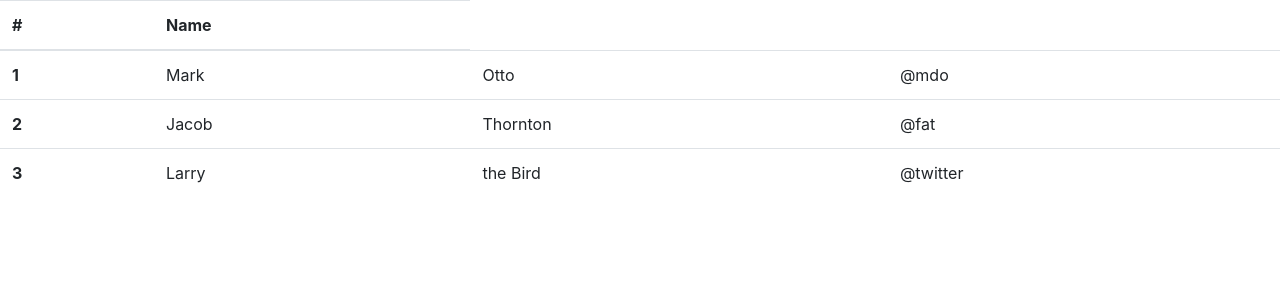
Repository: anhtu2110/backend
Page: http://localhost/backend/section-30_part_2/index.php
These files come from the project's save history. The page is drawn as it stood at one moment and after the next save; the edit follows.
The browser window is 1280 px wide. The pictures show the whole page.
The page is run by PHP 8.4 with error messages shown; the project is at /var/www/html/.

Above is the page before, as saved 2022-12-06 16:23:28.

### section-30_part_2/index.php
<?php
// --Danh mục tin tức
// --Danh mục sản phẩm
// --Menu
$data = array(
    1 => array(
        'id' => 1,
        'name' => 'Kinh doanh',
        'parent_id' => 0,
    ),
    2 => array(
        'id' => 2,
        'name' => 'Thể thao',
        'parent_id' => 0,
    ),
    3 => array(
        'id' => 3,
        'name' => 'Quốc tế',
        'parent_id' => 1,
    ),
    4 => array(
        'id' => 4,
        'name' => 'Doanh nghiệp',
        'parent_id' => 1,
    ),
    5 => array(
        'id' => 5,
        'name' => 'Bóng đá',
        'parent_id' => 2,
    ),
    6 => array(
        'id' => 6,
        'name' => 'Marathon',
        'parent_id' => 2,
    ),
);
// $result = array(
//     1 => array(
//         'id' => 1,
//         'name' => 'Kinh doanh',
//         'parent_id' => 0,
//     ),
//     3 => array(
//         'id' => 3,
//         'name' => 'Quốc tế',
//         'parent_id' => 1,
//     ),
//     4 => array(
//         'id' => 4,
//         'name' => 'Doanh nghiệp',
//         'parent_id' => 1,
//     ),
//     2 => array(
//         'id' => 2,
//         'name' => 'Thể thao',
//         'parent_id' => 0,
//     ),
//     5 => array(
//         'id' => 5,
//         'name' => 'Bóng đá',
//         'parent_id' => 2,
//     ),
//     6 => array(
//         'id' => 6,
//         'name' => 'Marathon',
//         'parent_id' => 2,
//     ),
// );
function has_child($data, $id)
{
    foreach ($data as $v) {
        if ($v['parent_id'] == $id) {
            return true;
        }
    }
    return false;
}
function data_tree($data, $parent_id = 0, $level = 0)
{
    $result = array();
    foreach ($data as $v) {
        if ($v['parent_id'] == $parent_id) {
            $v['level'] = $level;
            $result[] = $v;
            if (has_child($data, $v['id'])) {
                // ++$level;
                $result_child = data_tree($data, $v['id'], $level + 1);
                $result = array_merge($result, $result_child);
                // --$level;
            }
        }
    }
    return $result;
}
function show_array($data)
{
    if (is_array($data)) {
        echo "<pre>";
        print_r($data);
        echo "</pre>";
    }
}
// echo "<pre>";
// print_r(data_tree($data, 0));
// show_array(data_tree($data, 0));
?>
<!DOCTYPE html>
<html lang="en">

<head>
    <meta charset="UTF-8">
    <meta http-equiv="X-UA-Compatible" content="IE=edge">
    <meta name="viewport" content="width=device-width, initial-scale=1.0">
    <link rel="stylesheet" href="https://cdn.jsdelivr.net/npm/bootstrap@4.6.2/dist/css/bootstrap.min.css" integrity="sha384-xOolHFLEh07PJGoPkLv1IbcEPTNtaed2xpHsD9ESMhqIYd0nLMwNLD69Npy4HI+N" crossorigin="anonymous">
    <title>Document</title>
</head>

<body>
    <table class="table">
        <thead>
            <tr>
                <th scope="col">#</th>
                <th scope="col">Name</th>
            </tr>
        </thead>
        <tbody>
            <tr>
                <th scope="row">1</th>
                <td>Mark</td>
                <td>Otto</td>
                <td>@mdo</td>
            </tr>
            <tr>
                <th scope="row">2</th>
                <td>Jacob</td>
                <td>Thornton</td>
                <td>@fat</td>
            </tr>
            <tr>
                <th scope="row">3</th>
                <td>Larry</td>
                <td>the Bird</td>
                <td>@twitter</td>
            </tr>
        </tbody>
    </table>
</body>

</html>

After the next save:
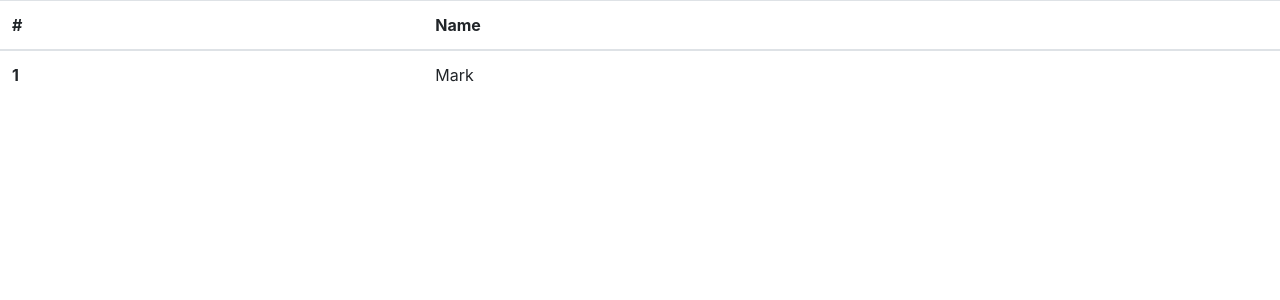
Saved 22 s later.
--- a/section-30_part_2/index.php
+++ b/section-30_part_2/index.php
@@ -127,20 +127,6 @@ function show_array($data)
             <tr>
                 <th scope="row">1</th>
                 <td>Mark</td>
-                <td>Otto</td>
-                <td>@mdo</td>
-            </tr>
-            <tr>
-                <th scope="row">2</th>
-                <td>Jacob</td>
-                <td>Thornton</td>
-                <td>@fat</td>
-            </tr>
-            <tr>
-                <th scope="row">3</th>
-                <td>Larry</td>
-                <td>the Bird</td>
-                <td>@twitter</td>
             </tr>
         </tbody>
     </table>
